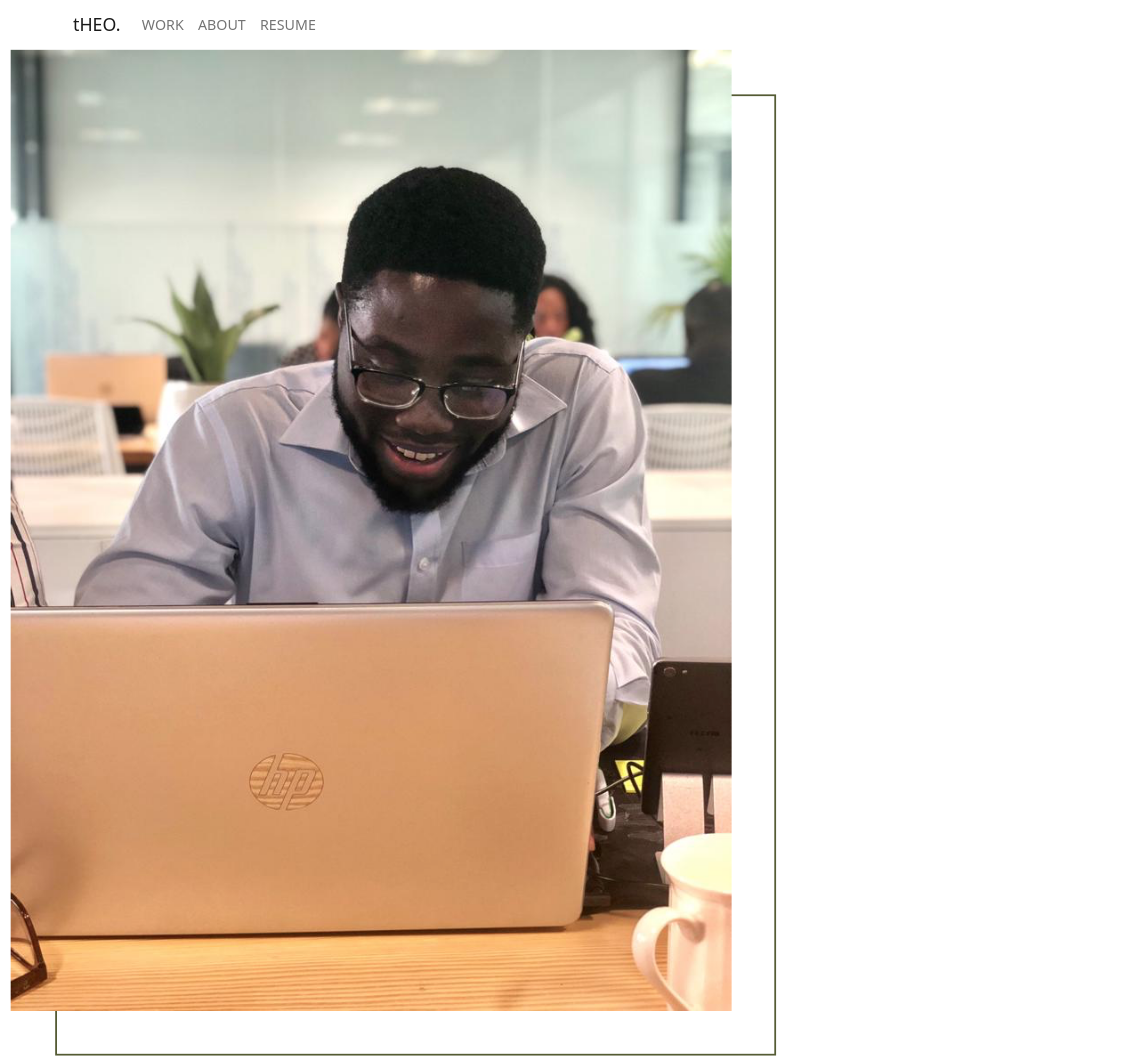
Repository: tHEO2k17/portfolio
Page: /
The author's editor kept a copy of each file at every save. The page is drawn from the files as they stood at one save, then again after the next save.
The browser window is 1280 px wide. The pictures show the whole page, at 89% of full size.
The project was rebuilt for these pictures with package versions that can differ from the ones it lists, and the page was loaded fresh each time.

Above is the page before, as saved 2021-07-21 23:01:20.

### public/index.html
<!DOCTYPE html>
<html lang="en">
  <head>
    <meta charset="utf-8" />
    <link rel="icon" href="%PUBLIC_URL%/favicon.ico" />
    <meta name="viewport" content="width=device-width, initial-scale=1" />
    <meta name="theme-color" content="#000000" />
    <meta
      name="description"
      content="Web site created using create-react-app"
    />
    <link rel="apple-touch-icon" href="%PUBLIC_URL%/logo192.png" />
    <link rel="manifest" href="%PUBLIC_URL%/manifest.json" />
    <title>Theophilus Paintsil - Portfolio</title>
  </head>
  <body>
    <noscript>You need to enable JavaScript to run this app.</noscript>
    <div id="root"></div>
  </body>
</html>

### src/index.tsx
import React from 'react';
import ReactDOM from 'react-dom';
import './index.scss';
import App from './presentation/App';

ReactDOM.render(
  <React.StrictMode>
    <App />
  </React.StrictMode>,
  document.getElementById('root')
);

### src/presentation/App.tsx
import React from 'react';
import { Switch, Route, BrowserRouter as Router, } from 'react-router-dom';
import HomePage from './pages/HomePage';

function App() {
  return (
    <Router>
      <Switch>
        <Route exact path="/" component={HomePage} />
      </Switch>
    </Router>
  );
}

export default App;

### src/presentation/pages/HomePage.tsx
import { Col, Container, Nav, Navbar, Row, Image } from "react-bootstrap";

export default function HomePage() {
    return (
        <Container fluid>
            <Navbar expand="lg" variant="light">
                <Container>
                    <Navbar.Brand href="#home">tHEO.</Navbar.Brand>
                    <Navbar.Toggle />
                    <Navbar.Collapse>
                        <Nav className="ml-0">
                            <Nav.Link href="#home">WORK</Nav.Link>
                            <Nav.Link href="#home">ABOUT</Nav.Link>
                            <Nav.Link href="#link">RESUME</Nav.Link>
                        </Nav>
                    </Navbar.Collapse>
                </Container>
            </Navbar>

            <Row>
                <Col> <Image src="assets/images/theo.png"/> </Col>
                <Col></Col>
            </Row>

        </Container>
    );
}

Loaded but not shown: src/index.scss (common file)

After the next save:
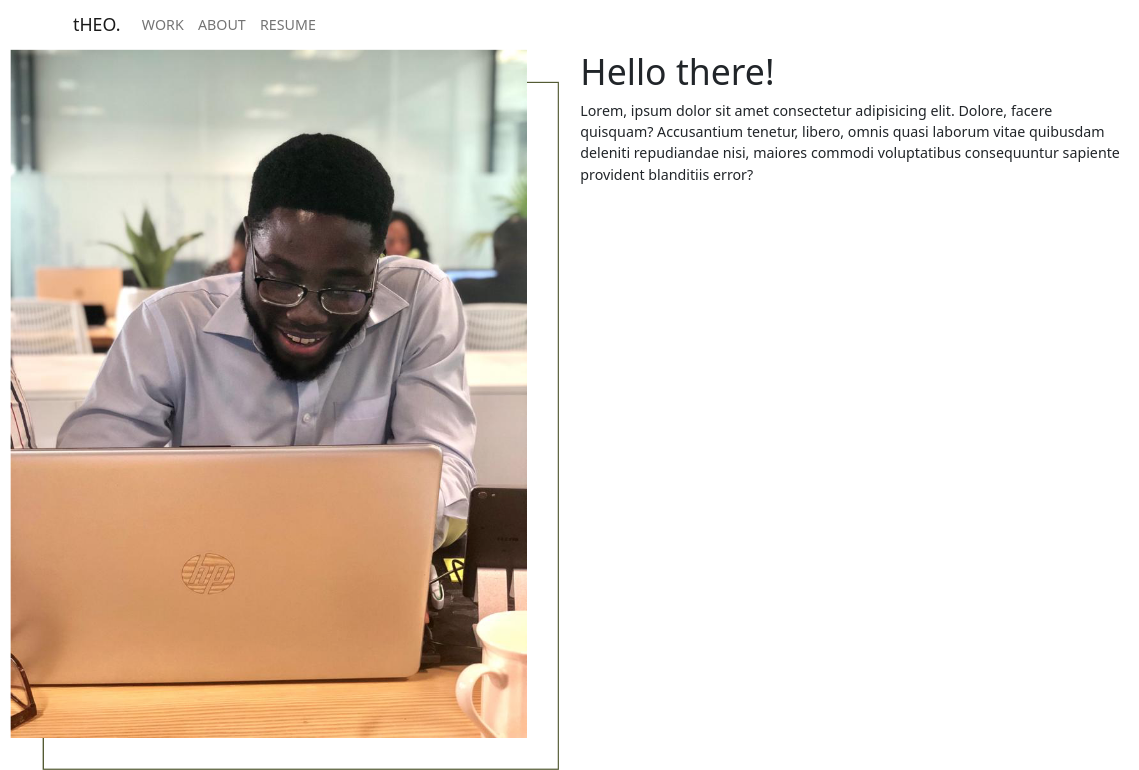
Saved 55 s later.
--- a/src/presentation/pages/HomePage.tsx
+++ b/src/presentation/pages/HomePage.tsx
@@ -18,8 +18,13 @@ export default function HomePage() {
             </Navbar>
 
             <Row>
-                <Col> <Image src="assets/images/theo.png"/> </Col>
-                <Col></Col>
+                <Col> <Image src="assets/images/theo.png" fluid/> </Col>
+                <Col>
+                    <h1>Hello there!</h1>
+                    <p>
+                        Lorem, ipsum dolor sit amet consectetur adipisicing elit. Dolore, facere quisquam? Accusantium tenetur, libero, omnis quasi laborum vitae quibusdam deleniti repudiandae nisi, maiores commodi voluptatibus consequuntur sapiente provident blanditiis error?
+                    </p>
+                </Col>
             </Row>
 
         </Container>
